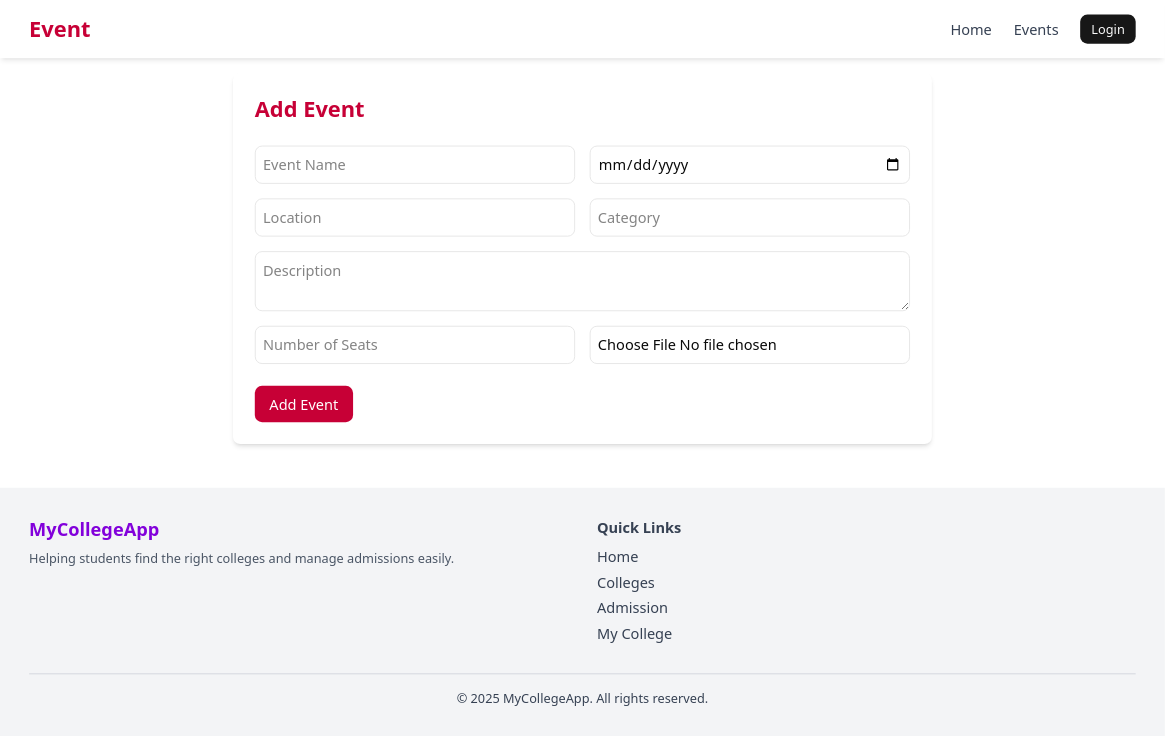
Repository: shshafin/event-client
Page: /add-event
An editor plug-in stored every save of this project. The page is shown before and after the next save, followed by the edit.
The browser window is 1280 px wide. The pictures show the whole page, at 91% of full size.
The page's requests for data from a server got no answer. The project was rebuilt for these pictures with package versions that can differ from the ones it lists, and the page was loaded fresh each time. The framework's server and built-in components were replaced by stand-ins that run in the browser. No one was signed in, and anything a server would have sent is missing. Also part of the build but not shown: next.config.ts, src/components/ui/dropdown-menu.tsx.

Above is the page before, as saved 2025-10-30 01:02:21.

### src/app/layout.tsx
import "@/styles/globals.css";
import { Viewport } from "next";
import clsx from "clsx";

import { fontSans } from "@/config/font";
import { Providers } from "@/lib/provider";

export const viewport: Viewport = {
  themeColor: [
    { media: "(prefers-color-scheme: light)", color: "white" },
    { media: "(prefers-color-scheme: dark)", color: "black" },
  ],
};

export default function RootLayout({
  children,
}: {
  children: React.ReactNode;
}) {
  return (
    <html
      suppressHydrationWarning
      lang="en">
      <head />
      <body
        className={clsx(
          "min-h-screen bg-background font-sans antialiased",
          fontSans.variable
        )}>
        <Providers>{children}</Providers>
      </body>
    </html>
  );
}

### src/app/(withCommonLayout)/layout.tsx
import Footer from "@/components/ui/Footer";
import Navbar from "@/components/ui/Navbar";
import React from "react";

const withCommonLayout = ({ children }: { children: React.ReactNode }) => {
  return (
    <div className="relative flex flex-col h-screen">
      <Navbar />
      <main>{children}</main>
      <Footer />
    </div>
  );
};

export default withCommonLayout;

### src/app/(withCommonLayout)/(admin)/add-event/page.tsx
"use client";

import { useState } from "react";
import { zodResolver } from "@hookform/resolvers/zod";
import * as z from "zod";
import { useAddEvent } from "@/hooks/event.hook";
import FXForm from "@/components/form/FXForm";
import { useFormContext } from "react-hook-form";

// Event validation schema
const eventSchema = z.object({
  name: z.string().min(1, "Event name is required"),
  date: z.string().min(1, "Date is required"),
  location: z.string().min(1, "Location is required"),
  category: z.string().min(1, "Category is required"),
  description: z.string().min(1, "Description is required"),
  numberOfSeats: z.number().min(1, "Number of seats must be at least 1"),
  image: z.any(),
});

type EventFormValues = z.infer<typeof eventSchema>;

// Input fields using useFormContext
const EventFormInputs = () => {
  const {
    register,
    formState: { errors },
  } = useFormContext<EventFormValues>();

  return (
    <div className="grid gap-4 sm:grid-cols-1 md:grid-cols-2">
      <div className="flex flex-col">
        <input
          type="text"
          placeholder="Event Name"
          {...register("name")}
          className="border p-2 rounded-md w-full"
        />
        {errors.name && (
          <p className="text-red-500 text-sm">{errors.name.message}</p>
        )}
      </div>

      <div className="flex flex-col">
        <input
          type="date"
          {...register("date")}
          className="border p-2 rounded-md w-full"
        />
        {errors.date && (
          <p className="text-red-500 text-sm">{errors.date.message}</p>
        )}
      </div>

      <div className="flex flex-col">
        <input
          type="text"
          placeholder="Location"
          {...register("location")}
          className="border p-2 rounded-md w-full"
        />
        {errors.location && (
          <p className="text-red-500 text-sm">{errors.location.message}</p>
        )}
      </div>

      <div className="flex flex-col">
        <input
          type="text"
          placeholder="Category"
          {...register("category")}
          className="border p-2 rounded-md w-full"
        />
        {errors.category && (
          <p className="text-red-500 text-sm">{errors.category.message}</p>
        )}
      </div>

      <div className="flex flex-col md:col-span-2">
        <textarea
          placeholder="Description"
          {...register("description")}
          className="border p-2 rounded-md w-full"
        />
        {errors.description && (
          <p className="text-red-500 text-sm">{errors.description.message}</p>
        )}
      </div>

      <div className="flex flex-col">
        <input
          type="number"
          placeholder="Number of Seats"
          {...register("numberOfSeats", { valueAsNumber: true })}
          className="border p-2 rounded-md w-full"
        />
        {errors.numberOfSeats && (
          <p className="text-red-500 text-sm">{errors.numberOfSeats.message}</p>
        )}
      </div>

      <div className="flex flex-col">
        <input
          type="file"
          accept="image/*"
          {...register("image")}
          className="border p-2 rounded-md w-full"
        />
      </div>
    </div>
  );
};

export default function AddEventPage() {
  const { mutateAsync, isPending } = useAddEvent();
  const [error, setError] = useState<string | null>(null);

  const handleSubmit = async (data: EventFormValues) => {
    try {
      const formData = new FormData();
      formData.append("name", data.name);
      formData.append("date", data.date);
      formData.append("location", data.location);
      formData.append("category", data.category);
      formData.append("description", data.description);
      formData.append("numberOfSeats", data.numberOfSeats.toString());

      if (data.image?.length > 0) {
        formData.append("image", data.image[0]);
      }

      await mutateAsync(formData);
      alert("Event created successfully!");
    } catch (err: any) {
      setError(err.message || "Failed to create event");
    }
  };

  return (
    <div className="max-w-3xl mx-auto mt-20 p-4 sm:p-6 bg-white shadow-md rounded-md">
      <h2 className="text-2xl font-bold mb-6 text-rose-700 text-center sm:text-left">
        Add Event
      </h2>

      <FXForm
        onSubmit={handleSubmit}
        resolver={zodResolver(eventSchema)}>
        <EventFormInputs />

        {error && <p className="text-red-500 mt-2">{error}</p>}

        <button
          type="submit"
          disabled={isPending}
          className="mt-6 w-full sm:w-auto bg-rose-700 text-white py-2 px-4 rounded-md hover:bg-rose-800 transition-colors duration-200">
          {isPending ? "Submitting..." : "Add Event"}
        </button>
      </FXForm>
    </div>
  );
}

### src/lib/provider/index.tsx
"use client";

import * as React from "react";
import { QueryClient, QueryClientProvider } from "@tanstack/react-query";
import { Toaster } from "sonner";
import UserProvider from "@/context/user.provider";

export interface ProvidersProps {
  children: React.ReactNode;
}

export function Providers({ children }: ProvidersProps) {
  const queryClient = new QueryClient();

  return (
    <QueryClientProvider client={queryClient}>
      <UserProvider>
        <Toaster
          richColors
          position="top-center"
          closeButton
        />
        {children}
      </UserProvider>
    </QueryClientProvider>
  );
}

### src/components/ui/Footer.tsx
"use client";

import Link from "next/link";

export default function Footer() {
  return (
    <footer className="bg-gray-100 dark:bg-gray-900 text-gray-700 dark:text-gray-300 py-8 mt-12">
      <div className="max-w-7xl mx-auto px-4 sm:px-6 lg:px-8">
        <div className="grid grid-cols-1 md:grid-cols-2 gap-8">
          {/* Logo & description */}
          <div>
            <span className="font-bold text-xl text-purple-700">
              MyCollegeApp
            </span>
            <p className="mt-2 text-sm text-gray-600 dark:text-gray-400">
              Helping students find the right colleges and manage admissions
              easily.
            </p>
          </div>

          {/* Quick Links */}
          <div>
            <h3 className="font-semibold mb-2">Quick Links</h3>
            <ul className="space-y-1">
              <li>
                <Link
                  href="/"
                  className="hover:text-purple-700">
                  Home
                </Link>
              </li>
              <li>
                <Link
                  href="/college"
                  className="hover:text-purple-700">
                  Colleges
                </Link>
              </li>
              <li>
                <Link
                  href="/admission"
                  className="hover:text-purple-700">
                  Admission
                </Link>
              </li>
              <li>
                <Link
                  href="/my-college"
                  className="hover:text-purple-700">
                  My College
                </Link>
              </li>
            </ul>
          </div>
        </div>

        <div className="mt-8 border-t border-gray-300 dark:border-gray-700 pt-4 text-center text-sm">
          © {new Date().getFullYear()} MyCollegeApp. All rights reserved.
        </div>
      </div>
    </footer>
  );
}

### src/hooks/event.hook.ts
import {
  addEvent,
  getEventById,
  getEvents,
  searchEventsByName,
} from "@/services/Event-Service";
import { useQuery, useMutation } from "@tanstack/react-query";

// ✅ Get all events
export const useGetEvents = () => {
  return useQuery({
    queryKey: ["GET_EVENTS"],
    queryFn: async () => await getEvents(),
  });
};

// ✅ Get single event by ID
export const useGetEventById = (id: string) => {
  return useQuery({
    queryKey: ["GET_EVENT", id],
    queryFn: async () => await getEventById(id),
    enabled: !!id,
  });
};

// ✅ Search events by name
export const useSearchEvents = (name: string) => {
  return useQuery({
    queryKey: ["SEARCH_EVENTS", name],
    queryFn: async () => await searchEventsByName(name),
    enabled: !!name,
  });
};

// ✅ Add new event (admin only)
export const useAddEvent = () => {
  return useMutation({
    mutationFn: async (formData: FormData) => await addEvent(formData),
  });
};

### src/components/form/FXForm.tsx
"use client";

import { FormProvider, SubmitHandler, useForm } from "react-hook-form";

interface formConfig {
  defaultValues?: Record<string, any>;
  resolver?: any;
}

interface IProps extends formConfig {
  onSubmit: SubmitHandler<any>;
  children: React.ReactNode;
}

const FXForm = ({ children, onSubmit, defaultValues, resolver }: IProps) => {
  const formConfig: formConfig = {};
  if (!!defaultValues) {
    formConfig["defaultValues"] = defaultValues;
  }
  if (!!resolver) {
    formConfig["resolver"] = resolver;
  }
  const methods = useForm(formConfig);
  const submitHandler = methods.handleSubmit;
  return (
    <FormProvider {...methods}>
      <form onSubmit={submitHandler(onSubmit)}>{children}</form>
    </FormProvider>
  );
};

export default FXForm;

### src/context/user.provider.tsx
"use client";

import {
  createContext,
  Dispatch,
  SetStateAction,
  useContext,
  useEffect,
  useState,
} from "react";
import { IUser } from "../types";
import { getCurrentUser } from "../services/AuthService";

interface IUserProviderValues {
  user: IUser | null;
  isLoading: boolean;
  setUser: (user: IUser | null) => void;
  setIsLoading: Dispatch<SetStateAction<boolean>>;
}

const UserContext = createContext<IUserProviderValues | undefined>(undefined);

const UserProvider = ({ children }: { children: React.ReactNode }) => {
  const [user, setUser] = useState<IUser | null>(null);
  const [isLoading, setIsLoading] = useState(true);

  const handleUser = async () => {
    try {
      const user = await getCurrentUser();
      setUser(user);
    } catch (error) {
      console.error("Failed to fetch user:", error);
      setUser(null);
    } finally {
      setIsLoading(false);
    }
  };

  useEffect(() => {
    handleUser();
  }, []);

  return (
    <UserContext.Provider value={{ user, setUser, isLoading, setIsLoading }}>
      {children}
    </UserContext.Provider>
  );
};

export const useUser = () => {
  const context = useContext(UserContext);

  if (context === undefined) {
    throw new Error("useUser must be used within the UserProvider context");
  }

  return context;
};

export default UserProvider;

### src/components/ui/button.tsx
import * as React from "react"
import { Slot } from "@radix-ui/react-slot"
import { cva, type VariantProps } from "class-variance-authority"

import { cn } from "@/lib/utils"

const buttonVariants = cva(
  "inline-flex items-center justify-center gap-2 whitespace-nowrap rounded-md text-sm font-medium transition-all disabled:pointer-events-none disabled:opacity-50 [&_svg]:pointer-events-none [&_svg:not([class*='size-'])]:size-4 shrink-0 [&_svg]:shrink-0 outline-none focus-visible:border-ring focus-visible:ring-ring/50 focus-visible:ring-[3px] aria-invalid:ring-destructive/20 dark:aria-invalid:ring-destructive/40 aria-invalid:border-destructive",
  {
    variants: {
      variant: {
        default: "bg-primary text-primary-foreground hover:bg-primary/90",
        destructive:
          "bg-destructive text-white hover:bg-destructive/90 focus-visible:ring-destructive/20 dark:focus-visible:ring-destructive/40 dark:bg-destructive/60",
        outline:
          "border bg-background shadow-xs hover:bg-accent hover:text-accent-foreground dark:bg-input/30 dark:border-input dark:hover:bg-input/50",
        secondary:
          "bg-secondary text-secondary-foreground hover:bg-secondary/80",
        ghost:
          "hover:bg-accent hover:text-accent-foreground dark:hover:bg-accent/50",
        link: "text-primary underline-offset-4 hover:underline",
      },
      size: {
        default: "h-9 px-4 py-2 has-[>svg]:px-3",
        sm: "h-8 rounded-md gap-1.5 px-3 has-[>svg]:px-2.5",
        lg: "h-10 rounded-md px-6 has-[>svg]:px-4",
        icon: "size-9",
        "icon-sm": "size-8",
        "icon-lg": "size-10",
      },
    },
    defaultVariants: {
      variant: "default",
      size: "default",
    },
  }
)

function Button({
  className,
  variant,
  size,
  asChild = false,
  ...props
}: React.ComponentProps<"button"> &
  VariantProps<typeof buttonVariants> & {
    asChild?: boolean
  }) {
  const Comp = asChild ? Slot : "button"

  return (
    <Comp
      data-slot="button"
      className={cn(buttonVariants({ variant, size, className }))}
      {...props}
    />
  )
}

export { Button, buttonVariants }

### src/services/AuthService/index.ts
"use server";
import { axiosInstance } from "@/lib/AxiosInstance";
import { cookies } from "next/headers";
import { FieldValues } from "react-hook-form";

// ! Register User
export const registerUser = async (userData: FieldValues) => {
  try {
    const { data } = await axiosInstance.post("/users/register", userData);
    return data;
  } catch (error: any) {
    throw new Error(error);
  }
};

// ! Login User
export const loginUser = async (userData: FieldValues) => {
  try {
    const { data } = await axiosInstance.post("/auth/login", userData);
    if (data?.success) {
      (await cookies()).set("access_token", data?.data?.accessToken);
    }
    return data;
  } catch (error: any) {
    throw new Error(error);
  }
};

// ! Logout User
export const logoutUser = async () => {
  (await cookies()).delete("access_token");
};

// ! get user
export const getCurrentUser = async () => {
  const accessToken = (await cookies()).get("access_token")?.value;

  if (!accessToken) return null;

  try {
    const { data } = await axiosInstance.get("/auth/me", {
      headers: {
        Authorization: `Bearer ${accessToken}`,
      },
    });

    return data;
  } catch (err) {
    console.error("Failed to fetch current user:", err);
    return null;
  }
};

### src/services/Event-Service/index.ts
"use server";

import { axiosInstance } from "@/lib/AxiosInstance";
import { getToken } from "../AdmissionService";

// Get all events
export const getEvents = async () => {
  try {
    const { data } = await axiosInstance.get("/events/all");
    return data;
  } catch (error: any) {
    throw new Error(error?.response?.data?.message || "Failed to fetch events");
  }
};

// Get single event by ID
export const getEventById = async (id: string) => {
  try {
    const { data } = await axiosInstance.get(`/events/${id}`);
    return data;
  } catch (error: any) {
    throw new Error(error?.response?.data?.message || "Failed to fetch event");
  }
};

// Add new event (admin only)
export const addEvent = async (payload: FormData) => {
  try {
    const token = await getToken();

    const { data } = await axiosInstance.post("/events/create", payload, {
      headers: {
        Authorization: `Bearer ${token}`,
        "Content-Type": "multipart/form-data",
      },
    });

    return data;
  } catch (error: any) {
    throw new Error(error?.response?.data?.message || "Failed to create event");
  }
};

// Search events by name
export const searchEventsByName = async (name: string) => {
  try {
    const { data } = await axiosInstance.get("/events/search", {
      params: { name },
    });
    return data;
  } catch (error: any) {
    throw new Error(
      error?.response?.data?.message || "Failed to search events"
    );
  }
};

### src/lib/AxiosInstance/index.ts
"use server";

import { envConfig } from "@/config/envConfig";
import axios from "axios";
import { cookies } from "next/headers";

export const axiosInstance = axios.create({
  baseURL: envConfig.base_Api,
});

axiosInstance.interceptors.request.use(
  async (config) => {
    try {
      const cookieStore = await cookies(); //
      const cookie = cookieStore.get("accessToken");
      const accessToken = cookie?.value;

      if (accessToken && config.headers) {
        config.headers.Authorization = `Bearer ${accessToken}`;
      }

      return config;
    } catch (err) {
      console.error("Axios request interceptor error:", err);
      return config;
    }
  },
  (error) => {
    return Promise.reject(error);
  }
);

axiosInstance.interceptors.response.use(
  (response) => response,
  (error) => {
    console.error(
      "Axios response error:",
      error.response?.data || error.message
    );
    return Promise.reject(error);
  }
);

### src/config/envConfig.ts
export const envConfig = {
  base_Api: process.env.NEXT_PUBLIC_BASE_API,
  base_Url: process.env.NEXT_PUBLIC_BASE_URL,
};

Loaded but not shown: src/styles/globals.css (common file); src/config/font.ts (common file); src/lib/utils.ts (common file); src/components/ui/Navbar.tsx (200 lines, source omitted); src/services/AdmissionService/index.ts (116 lines, source omitted)

After the next save:
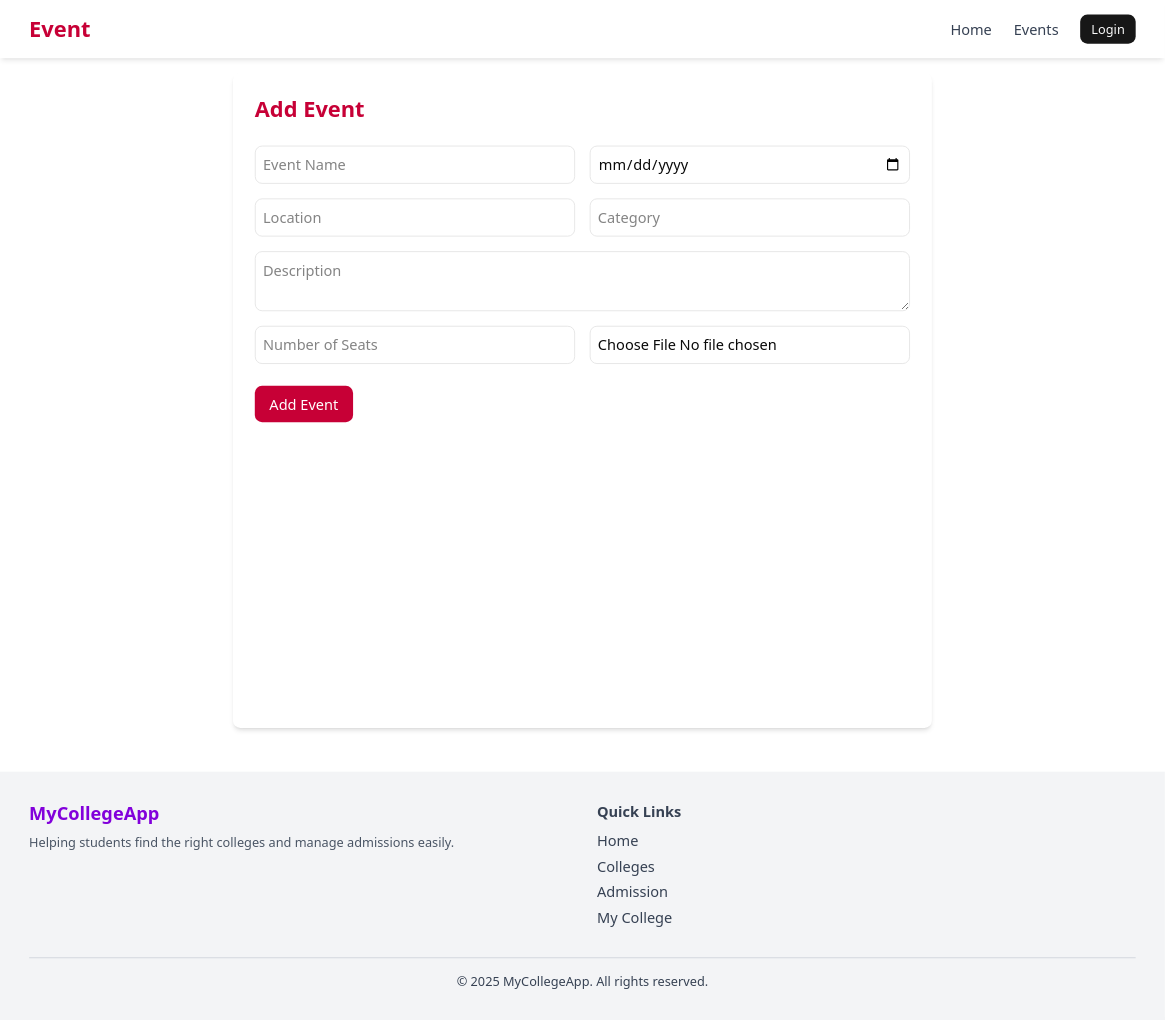
Saved 36 s later.
--- a/src/app/(withCommonLayout)/(admin)/add-event/page.tsx
+++ b/src/app/(withCommonLayout)/(admin)/add-event/page.tsx
@@ -137,7 +137,7 @@
   };
 
   return (
-    <div className="max-w-3xl mx-auto mt-20 p-4 sm:p-6 bg-white shadow-md rounded-md">
+    <div className="max-w-3xl mx-auto mt-20 p-4 sm:p-6 bg-white shadow-md rounded-md h-screen">
       <h2 className="text-2xl font-bold mb-6 text-rose-700 text-center sm:text-left">
         Add Event
       </h2>

After the save that followed:
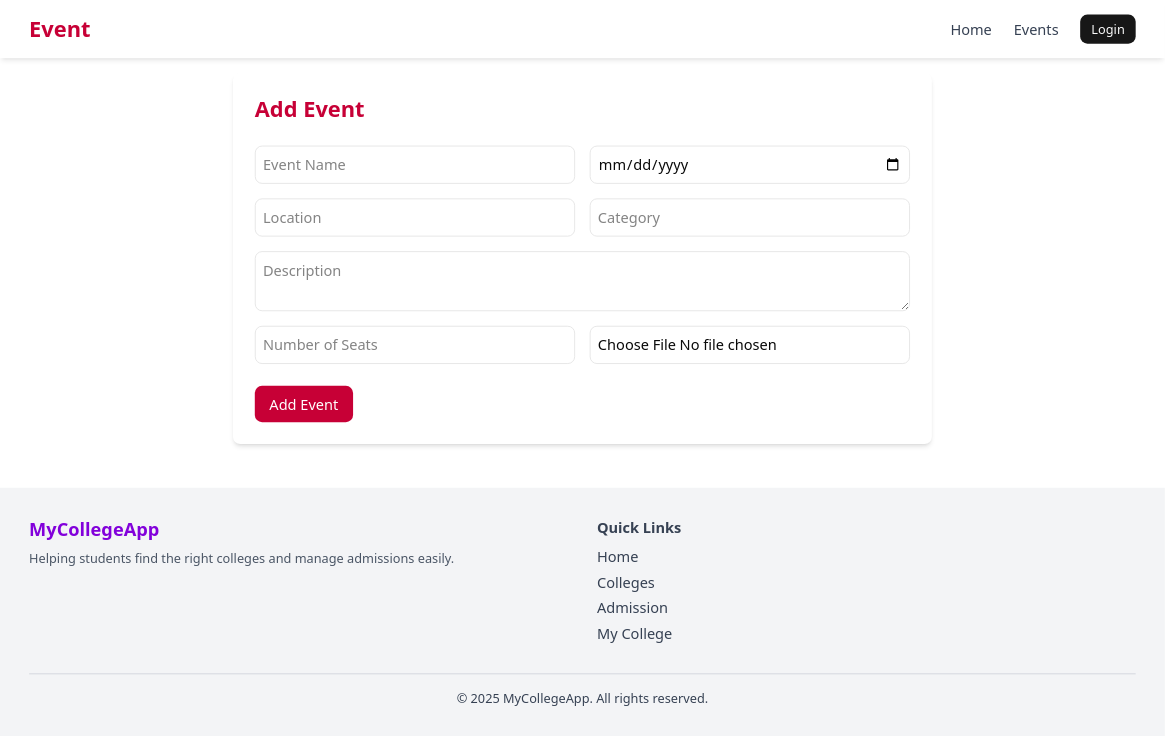
Saved 9 s later.
--- a/src/app/(withCommonLayout)/(admin)/add-event/page.tsx
+++ b/src/app/(withCommonLayout)/(admin)/add-event/page.tsx
@@ -137,7 +137,7 @@
   };
 
   return (
-    <div className="max-w-3xl mx-auto mt-20 p-4 sm:p-6 bg-white shadow-md rounded-md h-screen">
+    <div className="max-w-3xl mx-auto mt-20 p-4 sm:p-6 bg-white shadow-md rounded-md">
       <h2 className="text-2xl font-bold mb-6 text-rose-700 text-center sm:text-left">
         Add Event
       </h2>
